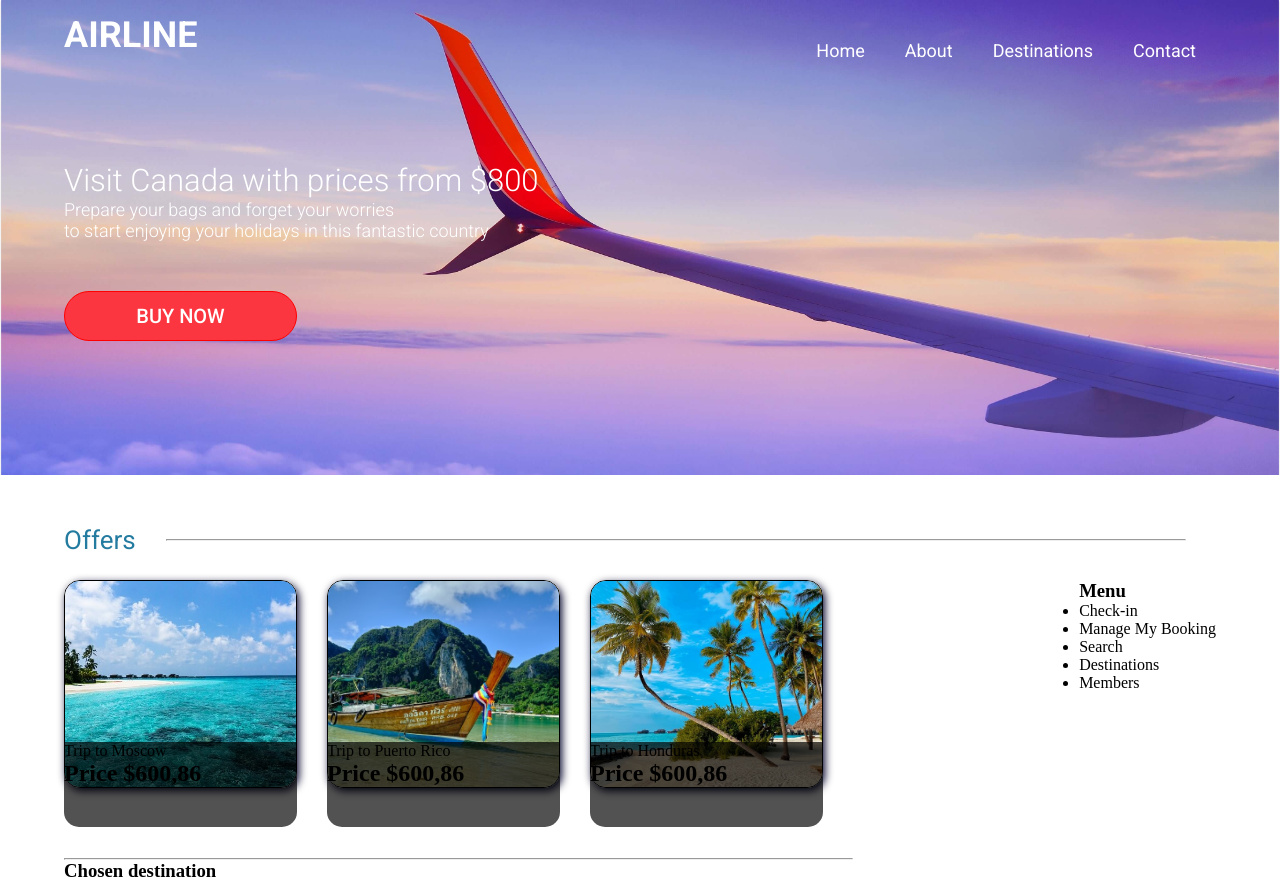
Repository: Cherced/AIRLINES
Page: /
These files come from the project's save history. The page is drawn as it stood at one moment and after the next save; the edit follows.
The browser window is 1280 px wide. The pictures show the whole page.
The project was rebuilt for these pictures with package versions that can differ from the ones it lists, and the page was loaded fresh each time. The framework's server and built-in components were replaced by stand-ins that run in the browser. Also part of the build but not shown: components/atoms/Footer/SocialMedia.jsx, components/atoms/Footer/MoreToUs.jsx, components/molecules/Footer.jsx.

Above is the page before, as saved 2022-06-30 14:32:12.

### pages/_app.js
import '../sass/global.scss'

function MyApp({ Component, pageProps }) {

    return <Component {...pageProps} />

  }

  export default MyApp

### pages/_document.js
import Document, { Html, Head, Main, NextScript } from 'next/document'

export default class MyDocument extends Document {
  render() {
    return (
      <Html>
        <Head />
        <body>
          <Main />
          <div id="myportal"></div>
          <NextScript />
        </body>
      </Html>
    )
  }
}

### pages/index.js
import React from 'react'
import { Banner } from '../components/molecules/Banner'
import { Offers } from '../components/molecules/Offers'
import {Footer} from '../components/molecules/Footer'

const Home = () => {
  return (
    <React.Fragment>
        <Banner/>
        <Offers/>
    </React.Fragment>
  )
}

export default Home

### sass/global.scss
@import "./settings";
@import "./Elements/banner";
@import "./Elements/offerts";

### components/molecules/Banner.jsx
import React from 'react'
import { Header } from '../atoms/BannerStaff/Header'
import { Promotion } from '../atoms/BannerStaff/Promotion'

export const Banner = () => {
  return (
    <main className="main-Banner--Container">
        <Header/>
        <Promotion/>
    </main>
  )
}

### components/molecules/Offers.jsx
import React from 'react'
import {TripsOffer} from '../atoms/Offerts/TripsOffer'
import { Menu } from '../atoms/Offerts/Menu'

export const Offers = () => {
  return (
    <section className="offers-Section--Container">
    <div className="offers-Title--Container">
        <h1>Offers</h1> <hr />
    </div>
    <div className="offers-BoxModel--Container">
        <div className="offers-BoxModel-Content">
        <TripsOffer/>
        <hr />
        <h3>Chosen destination</h3>
        </div>
        <Menu/>
    </div>
    </section>
  )
}

### sass/_settings.scss
//fonts:
@import url('https://fonts.googleapis.com/css2?family=Inter:wght@100;200;300;500;600;700;800;900&family=Roboto:ital,wght@0,100;0,300;0,400;0,500;0,700;0,900;1,100;1,300;1,400;1,500;1,700;1,900&display=swap');

$preSetFont: 'Roboto', sans-serif;

*{
    box-sizing: border-box;
    margin: 0;
    padding: 0;
}

### sass/Elements/_banner.scss
@import "../components/Banner/header";
@import "../components/Banner/promotion";

.main-Banner--Container{
    height: 475px;
    width: 100%;
    background-image: url("../../public/images/plane.jpg");
    background-size: cover;
    background-repeat: no-repeat;
    display: flex;
    flex-direction: column;
    align-items: center;
}

### sass/components/Banner/_header.scss
.header--Container {
    width: 90%;
    height: 70px;
    display: flex;
    align-items: center;
    justify-content: space-between;

    h1{
        font-family: $preSetFont;
        font-size: 36px;
        text-align: left;
        color: white;
        letter-spacing: 0px;
    }

    .navBar--Container {
        color: white;
        opacity: 1;

        .itmes-Navbar--Container {
            list-style: none;
            display: flex;
            height: 70px;

            li {
                width: auto;
                padding: 40px 20px 0 20px;

                a {
                    font-family: $preSetFont;
                    font-size: 18px;
                    letter-spacing: 0px;
                }

                a:hover {
                    border-bottom: 2px solid white;
                }
            }
        }
    }
}

### sass/components/Banner/_promotion.scss
.promotions--Container {
    height: 405px;
    width: 90%;
    display: flex;
    flex-direction: column;
    align-items: flex-start;
    margin-top: 92px;

    h1 {
        text-align: left;
        font-family: $preSetFont;
        font-size: 31px;
        font-weight: 300;
        letter-spacing: 0px;
        opacity: 1;
        color: white;
    }

    p {
        width: 440px;
        text-align: left;
        font-family: $preSetFont;
        font-size: 18px;
        font-weight: 300;
        letter-spacing: 0px;
        color: #FFFFFF;
        opacity: 1;
    }

    .buyNowBtn {
        margin-top: 50px;
        background: #FB3640;
        width: 233px;
        height: 50px;
        font-family: $preSetFont;
        text-align: center;
        font: normal normal 500 20px/24px Roboto;
        letter-spacing: 0px;
        color: #FFFFFF;
        opacity: 1;
        border-radius: 60px;
        border: 1px solid red;
    }
}

### sass/Elements/_offerts.scss
.offers-Section--Container {
    width: 100vw;
    display: flex;
    flex-direction: column;
    align-items: center;
    justify-content: center;

    .offers-Title--Container {
        padding-top: 65px;
        width: 90%;
        height: 50px;
        display: flex;
        align-items: center;

        h1 {
            color: #247BA0;
            text-align: left;
            font: normal normal 400 26px/32px Roboto;
            letter-spacing: 0px;
            color: #247BA0;
            opacity: 1;
        }

        hr {
            margin: 0 30px;
            width: 90%;
        }
    }

    .offers-BoxModel--Container {
        width: 90%;
        display: flex;
        justify-content: space-between;
        margin-top: 40px;

        .offers-BoxModel-Content {
            .promotional-Cards--Container {
                display: flex;
                margin-bottom: 70px;

                .promotionalCard {
                    width: 233px;
                    height: 208px;
                    border-radius: 60px;
                    margin-right: 30px;

                    img {
                        border: 1px solid black;
                        box-shadow: 2px 3px 8px #000029;
                        opacity: 1;
                        width: 100%;
                        height: 100%;
                        border-radius: 16px;
                        object-fit: cover;
                        z-index: -1;
                    }
                    .promotionalCard--Info{
                        position: relative;
                        height: 85px;
                        top: -50px;
                        background: rgba(0, 0, 0, 0.6784313725) 0% 0% no-repeat padding-box;
                        border-radius: 0px 0px 15px 15px;
                        opacity: 1;
                    }
                }
            }
        }
    }

}

### components/atoms/BannerStaff/Header.jsx
import React from 'react'

export const Header = () => {
  return (
    <header className="header--Container">
        <h1>AIRLINE</h1>
        <nav className="navBar--Container">
            <ul className="itmes-Navbar--Container">
                <li><a>Home</a></li>
                <li><a>About</a></li>
                <li><a>Destinations</a></li>
                <li><a>Contact</a></li>
            </ul>
        </nav>
    </header>
  )
}

### components/atoms/BannerStaff/Promotion.jsx
import React from 'react'

export const Promotion = () => {
  return (
    <div className="promotions--Container">
        <h1>Visit Canada with prices from $800</h1>
        <p>Prepare your bags and forget your worries</p>
        <p> to start enjoying your holidays in this fantastic country</p>
        <button className="buyNowBtn" type="button">BUY NOW</button>
    </div>
  )
}

### components/atoms/Offerts/TripsOffer.jsx
import React from 'react'

export const TripsOffer = () => {
  return (
    <div className="promotional-Cards--Container">
        <div className="promotionalCard">
            <img src="/images/moscow.jpg" alt="moscu"/>
            <div className="promotionalCard--Info">
                <p>
                Trip to Moscow
                </p>
                <h1>Price $600,86</h1>
            </div>
        </div>
        <div className="promotionalCard">
            <img src="/images/puerto-rico.jpg" alt="puerrtorro"/>
            <div className="promotionalCard--Info">
                <p>
                Trip to Puerto Rico
                </p>
                <h1>Price $600,86</h1>
            </div>
        </div>
        <div className="promotionalCard">
            <img src="/images/honduras.jpg" alt="honduras"/>
            <div className="promotionalCard--Info">
                <p>
                Trip to Honduras
                </p>
                <h1>Price $600,86</h1>
            </div>
        </div>
    </div>
  )
}

### components/atoms/Offerts/Menu.jsx
import React from 'react'

export const Menu = () => {
  return (
    <aside className="menuAside--Container">
        <h1>Menu</h1>
        <ul className="menuAside-Navbar--Container">
            <li>Check-in</li>
            <li>Manage My Booking</li>
            <li>Search</li>
            <li>Destinations</li>
            <li>Members</li>
        </ul>
    </aside>
  )
}

After the next save:
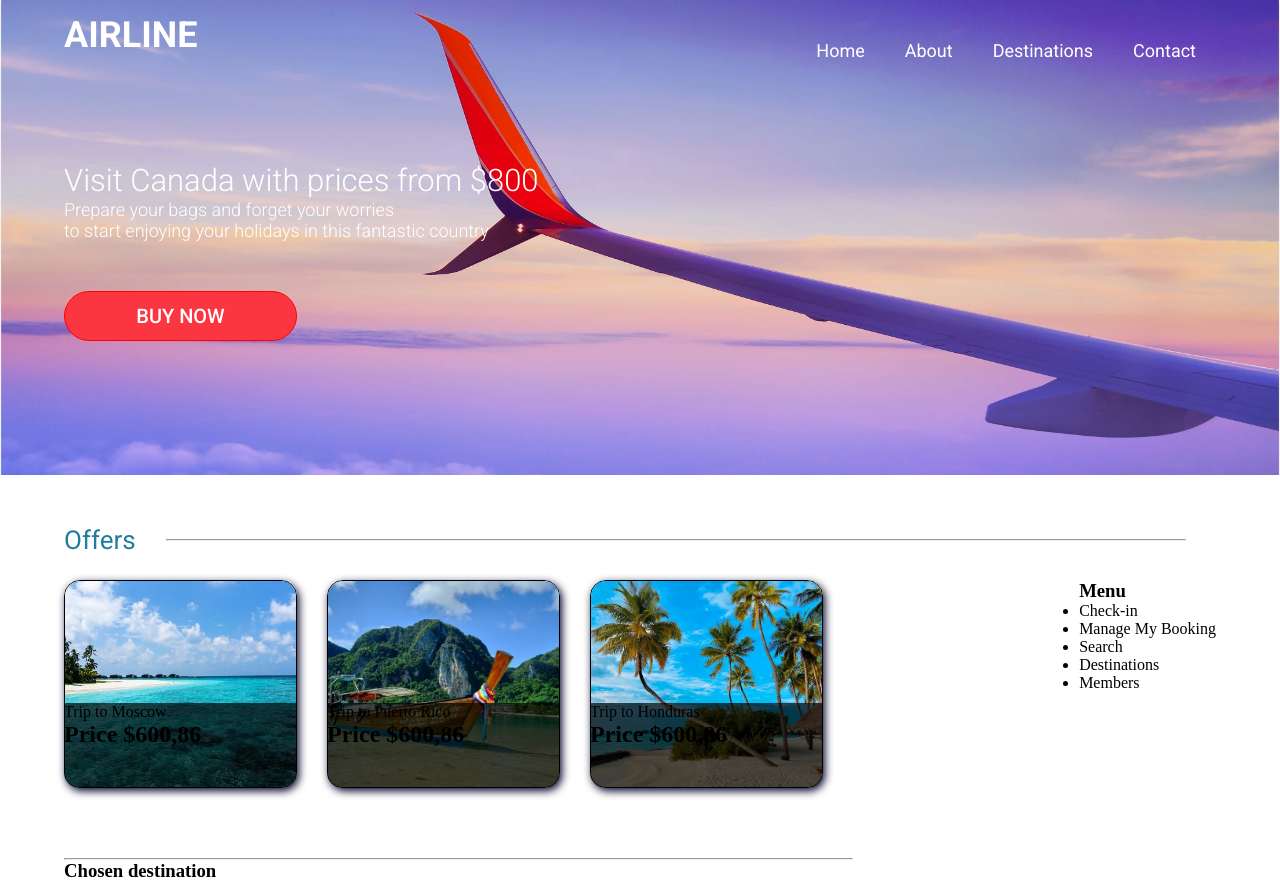
Saved 20 s later.
--- a/sass/Elements/_offerts.scss
+++ b/sass/Elements/_offerts.scss
@@ -57,7 +57,7 @@
                     .promotionalCard--Info{
                         position: relative;
                         height: 85px;
-                        top: -50px;
+                        top: -89px;
                         background: rgba(0, 0, 0, 0.6784313725) 0% 0% no-repeat padding-box;
                         border-radius: 0px 0px 15px 15px;
                         opacity: 1;
